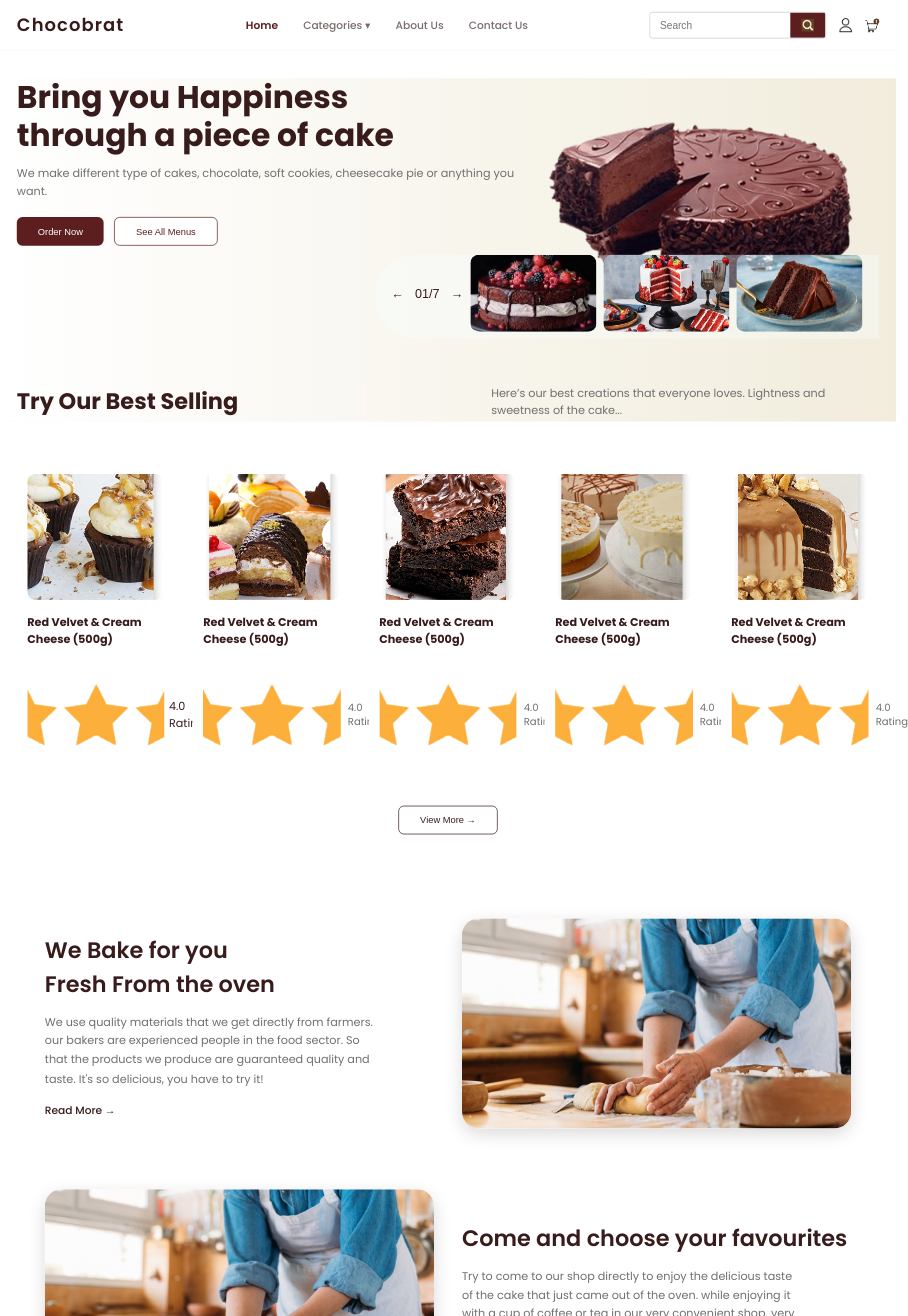
Repository: josegabrielzevallos/chocobrat-bakery-website
Page: index.html
The author's editor kept a copy of each file at every save. The page is drawn from the files as they stood at one save, then again after the next save.
The browser window is 1280 px wide. The page is 1297 px wide, then 1280 px, so the pictures cover 1297 px, including what lies to the right of the window. The pictures show the part of the page from y = 0 to 1880 px (the page is 3275 px tall before and 3127 px after), at 70% of full size.

Above is the page before, as saved 2025-11-20 20:12:15.

After the next save:
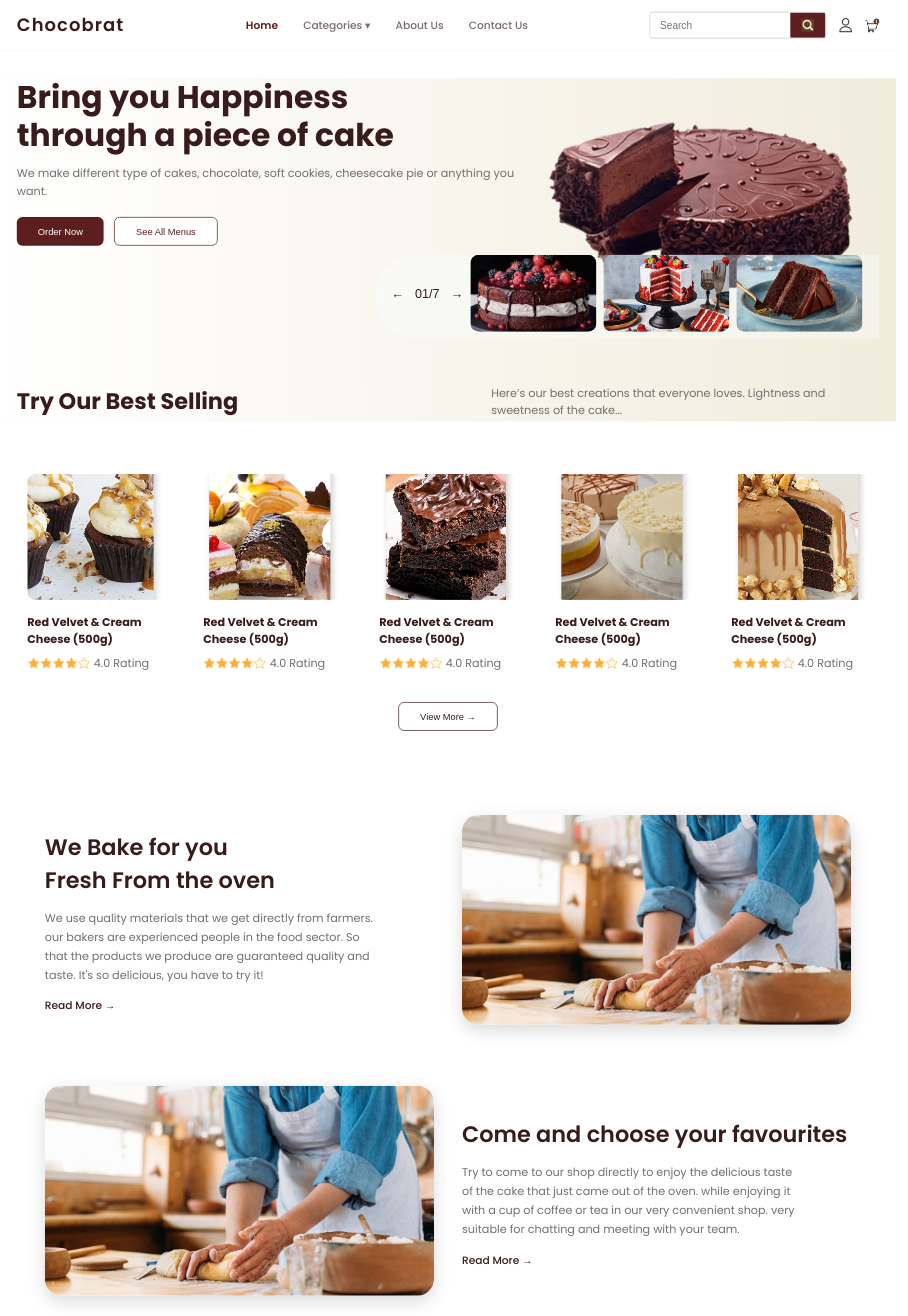
Saved 7 s later.
--- a/styles.css
+++ b/styles.css
@@ -263,19 +263,16 @@ header {
 .rating {
     display: flex;
     align-items: center;
-    gap: 6px;              /* espacio entre la imagen y el texto */
-}
-
-.rating-img {
-    width: 90px;           /* ajusta según tu diseño */
+}
+
+.rating img {
+    width: 90px;
     height: auto;
-    display: block;
-}
-
-.rating-text {
-    font-size: 0.9rem;
-    color: #6F6F6F;        /* gris suave */
-    margin-left: 4px;
+}
+
+.rating span {
+    color: #6F6F6F;
+    margin-left: 5px;
 }
 
 .view-more {
